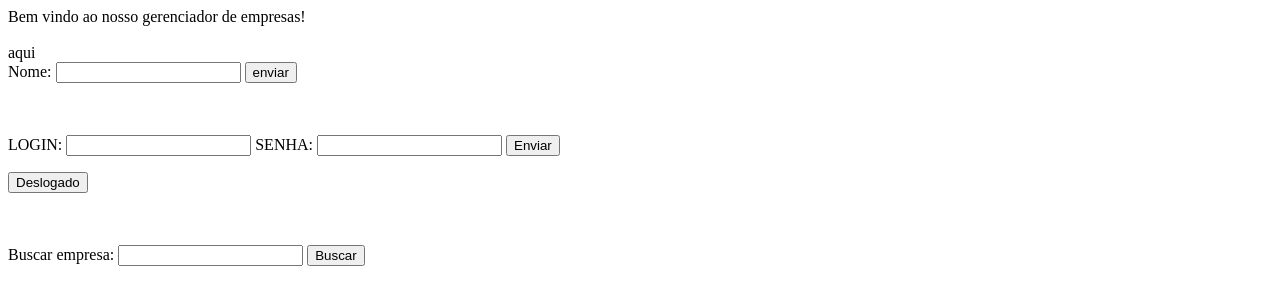
Repository: silllvio/alura
Page: http://localhost/gerenciador/
The author's editor kept a copy of each file at every save. The page is drawn from the files as they stood at one save, then again after the next save.
The browser window is 1280 px wide. The pictures show the whole page.
The page is served by Tomcat 9. Other server files are loaded and not shown.

Above is the page before, as saved 2016-11-28 01:02:05.

### workspace/gerenciador/WebContent/index.jsp

<%@ taglib prefix="c" uri="http://java.sun.com/jsp/jstl/core"%>

<html>
<body>
	Bem vindo ao nosso gerenciador de empresas!
	<br />

<br>
<c:if test="${usuarioLogado!=null}">
    Você está logado como ${usuarioLogado.email}<br/>
</c:if>

${usuarioLogado}   aqui

<br>

	<form action="novaEmpresa" method="POST">
		Nome: <input type="text" name="nome"> <input type="submit"
			value="enviar">

	</form>

<br>
<br>
<form action="login" method="POST">
	LOGIN: <input type = "email" name= "email"/>
	SENHA: <input type = "password" name = "senha" />
		   <input type = "submit" value = "Enviar" />

</form>

<form action="logout" method="POST">
<input type="submit" value = "Deslogado" />
</form>

<br>
<br>

<form action="busca" method="POST">
 Buscar empresa: 	<input type = "text" name ="empresaBuscada">
					<input type="submit" value = "Buscar">
</form>

</body>
</html>

### workspace/gerenciador/src/main/java/br/com/alura/gerenciador/web/Cookies.java
package br.com.alura.gerenciador.web;

import javax.servlet.http.Cookie;

public class Cookies {
	private final Cookie[] cookies;

	public Cookies(Cookie[] cookies){
		this.cookies = cookies;

	}

	public Cookie buscaUsuarioLogado() {
		if (cookies == null)  return null;
		for (Cookie cookie : cookies){
			if (cookie.getName().equals("usuario.logado")){
				return cookie;
			}
		}
			return null;
	}


}

After the next save:
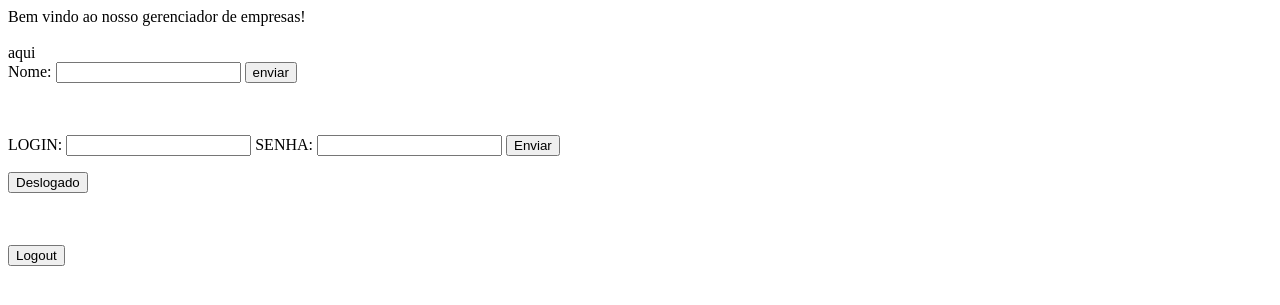
Saved 69 s later.
--- a/workspace/gerenciador/WebContent/index.jsp
+++ b/workspace/gerenciador/WebContent/index.jsp
@@ -37,9 +37,8 @@ ${usuarioLogado}   aqui
 <br>
 <br>
 
-<form action="busca" method="POST">
- Buscar empresa: 	<input type = "text" name ="empresaBuscada">
-					<input type="submit" value = "Buscar">
+<form action="fazTudo?tarefa=Logout" method="post">
+    <input type="submit" value="Logout" />
 </form>
 
 </body>
